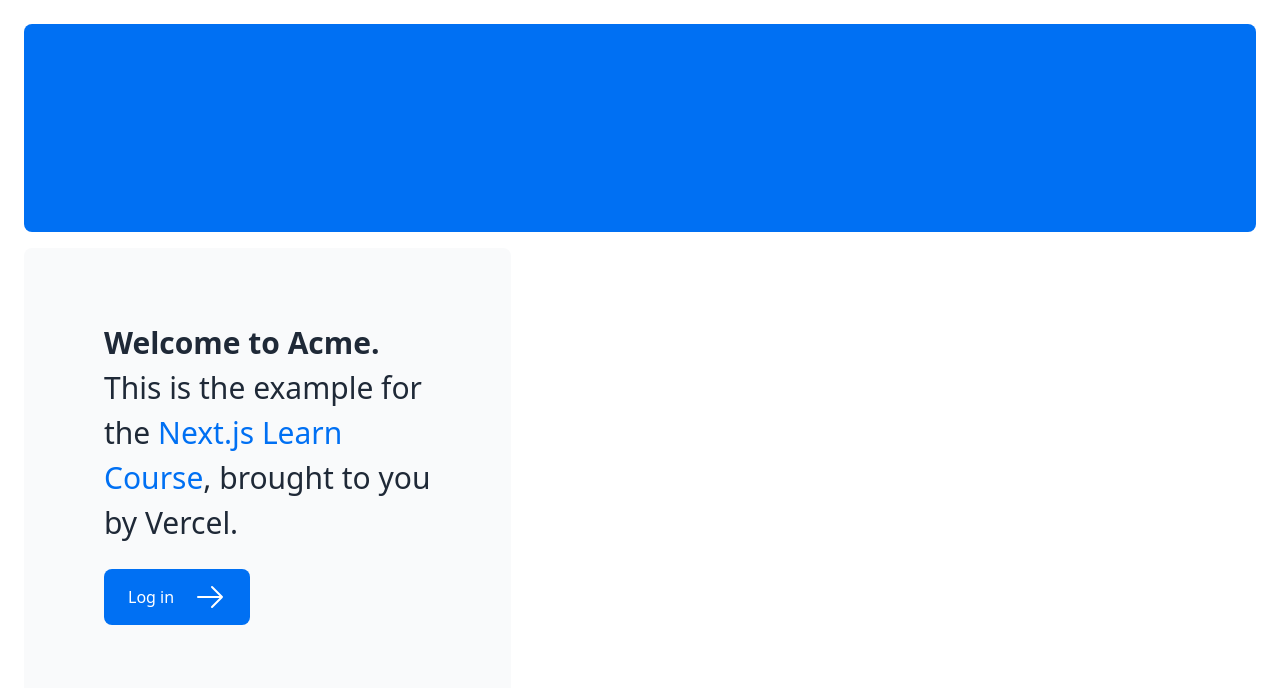
Repository: lokinell/nextjs-dashboard
Page: /
The author's editor kept a copy of each file at every save. The page is drawn from the files as they stood at one save, then again after the next save.
The browser window is 1280 px wide. The pictures show the whole page.
The project was rebuilt for these pictures with package versions that can differ from the ones it lists, and the page was loaded fresh each time. The framework's server and built-in components were replaced by stand-ins that run in the browser. Also part of the build but not shown: next.config.js.

Above is the page before, as saved 2024-03-11 23:38:08.

### app/page.tsx
import AcmeLogo from '@/app/ui/acme-logo';
import { ArrowRightIcon } from '@heroicons/react/24/outline';
import Link from 'next/link';

export default function Page() {
  return (
    <main className="flex min-h-screen flex-col p-6">
      <div className="flex h-20 shrink-0 items-end rounded-lg bg-blue-500 md:h-52">
        {/* <AcmeLogo /> */}
      </div>
      <div className="mt-4 flex grow flex-col gap-4 md:flex-row">
        <div className="flex flex-col justify-center gap-6 rounded-lg bg-gray-50 px-6 py-10 md:w-2/5 md:px-20">
          <p className={`text-xl text-gray-800 md:text-3xl md:leading-normal`}>
            <strong>Welcome to Acme.</strong> This is the example for the{' '}
            <a href="https://nextjs.org/learn/" className="text-blue-500">
              Next.js Learn Course
            </a>
            , brought to you by Vercel.
          </p>
          <Link
            href="/login"
            className="flex items-center gap-5 self-start rounded-lg bg-blue-500 px-6 py-3 text-sm font-medium text-white transition-colors hover:bg-blue-400 md:text-base"
          >
            <span>Log in</span> <ArrowRightIcon className="w-5 md:w-8" />
          </Link>
        </div>
        <div className="flex items-center justify-center p-6 md:w-3/5 md:px-28 md:py-12">
          {/* Add Hero Images Here */}
        </div>
      </div>
    </main>
  );
}

Loaded but not shown: app/layout.tsx (common file); app/ui/global.css (common file); tailwind.config.ts (common file)

After the next save:
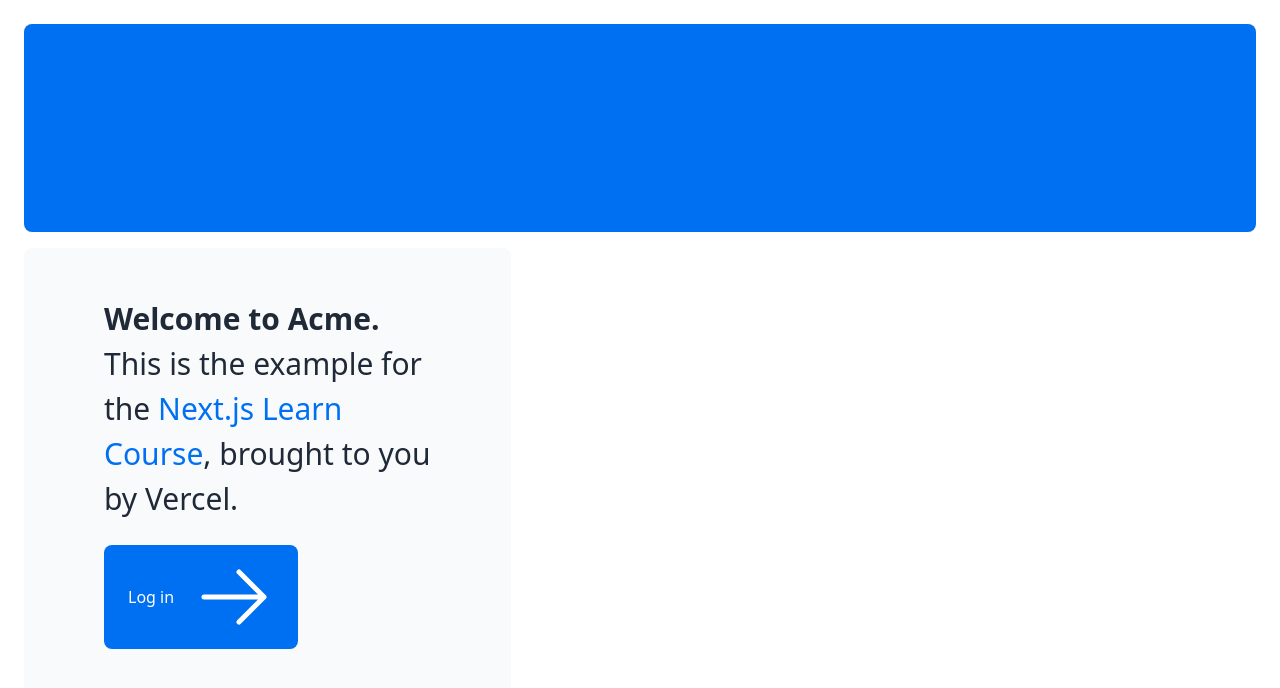
Saved 6 s later.
--- a/app/page.tsx
+++ b/app/page.tsx
@@ -21,7 +21,7 @@
             href="/login"
             className="flex items-center gap-5 self-start rounded-lg bg-blue-500 px-6 py-3 text-sm font-medium text-white transition-colors hover:bg-blue-400 md:text-base"
           >
-            <span>Log in</span> <ArrowRightIcon className="w-5 md:w-8" />
+            <span>Log in</span> <ArrowRightIcon className="w-5 md:w-20" />
           </Link>
         </div>
         <div className="flex items-center justify-center p-6 md:w-3/5 md:px-28 md:py-12">
